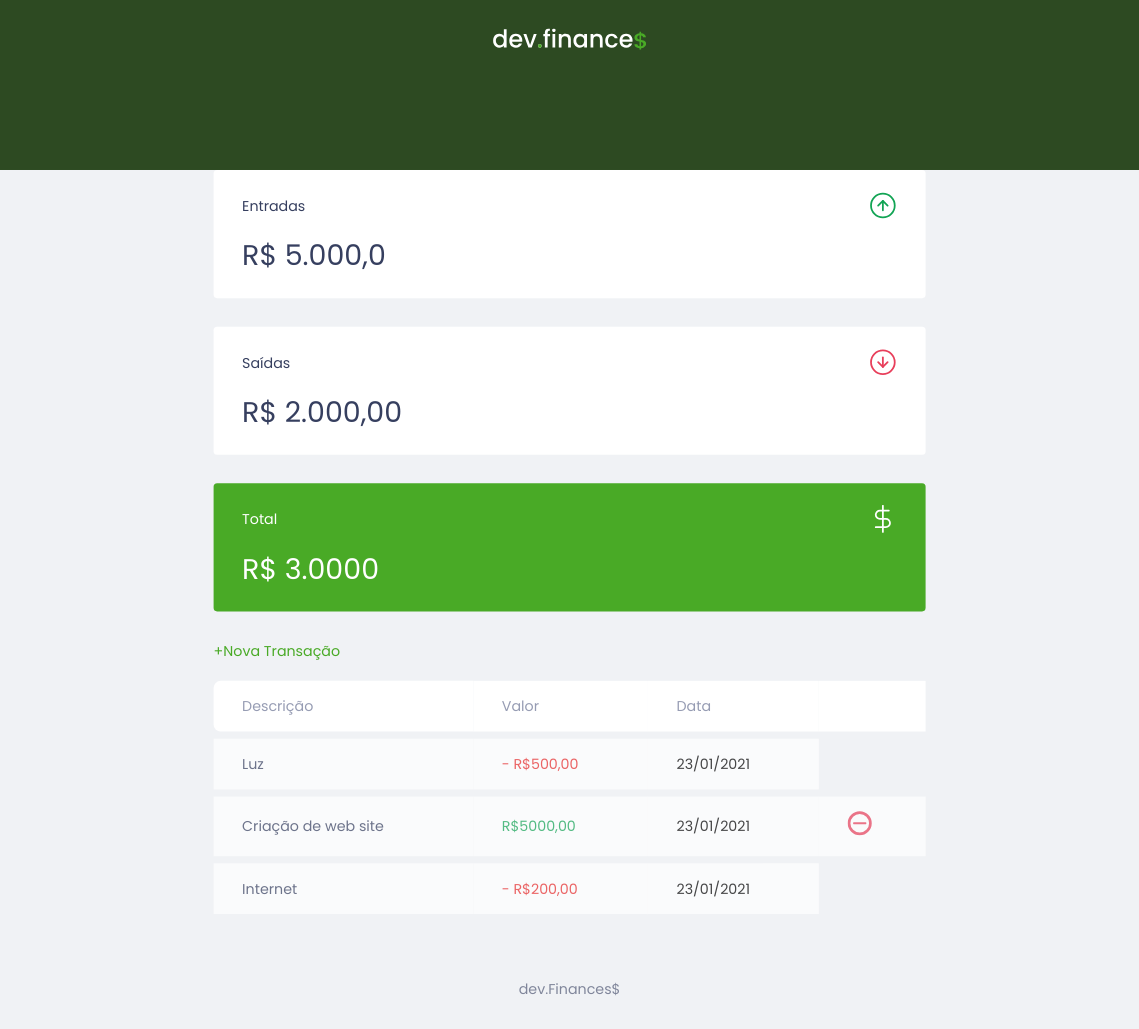
Repository: rafaelmgr12/maratona-dev01
Page: index.html
An editor plug-in stored every save of this project. The page is shown before and after the next save, followed by the edit.
The browser window is 1280 px wide. The pictures show the whole page, at 89% of full size.

Above is the page before, as saved 2021-04-27 20:37:19.

### index.html
<!DOCTYPE html>
<html lang="pt-br">
  <head>
    <meta charset="UTF-8" />
    <meta http-equiv="X-UA-Compatible" content="IE=edge" />
    <meta name="viewport" content="width=device-width, initial-scale=1.0" />
    <title>Rafael-app.finance$</title>
    <link rel="stylesheet" href="style.css" />
    <link rel="preconnect" href="https://fonts.gstatic.com" />
    <link
      href="https://fonts.googleapis.com/css2?family=Poppins:ital,wght@0,100;0,400;0,700;1,100;1,400;1,700&display=swap"
      rel="stylesheet"
    />
  </head>
  <body>
    <header>
      <img src="./assets/logo.svg" alt="Logo dev.Finance" />
    </header>
    <main class="container">
      <section id="balance">
        <h2 class="sr-only">Balanço</h2>

        <div class="card">
          <h3>
            <span>Entradas </span>
            <img src="./assets/income.svg" alt="Imagem de entradas" />
          </h3>
          <p>R$ 5.000,0</p>
        </div>
        <div class="card">
          <h3>
            <span>Saídas</span>
            <img src="./assets/expense.svg" alt="Image de saídas" />
          </h3>
          <p>R$ 2.000,00</p>
        </div>
        <div class="card total">
          <h3>
            <span>Total</span>
            <img src="./assets/total.svg" alt="Image de total" />
          </h3>
          <p>R$ 3.0000</p>
        </div>
      </section>
      <section id="transaction">
        <h2 class="sr-only">Transações</h2>

        <a href="#" class="button new">+Nova Transação</a>

        <table id="data-table">
          <thead>
            <tr>
              <th>Descrição</th>
              <th>Valor</th>
              <th>Data</th>
              <th></th>
            </tr>
          </thead>
          <tbody>
            <tr>
              <td class="description">Luz</td>
              <td class="expense">- R$500,00</td>
              <td class="date">23/01/2021</td>
            </tr>
            <tr>
              <td class="description">Criação de web site</td>
              <td class="income">R$5000,00</td>
              <td class="date">23/01/2021</td>
              <td><img src="./assets/minus.svg" alt="Retirar Transação"></td>
            </tr>
            <tr>
              <td class="description">Internet</td>
              <td class="expense">- R$200,00</td>
              <td class="date">23/01/2021</td>
            </tr>
          </tbody>
        </table>
      </section>
    </main>
    <footer>dev.Finances$</footer>
  </body>
</html>

### style.css
/* Global ======================================== */
:root {
  --dark-blue: #363f5f;
}
* {
  margin: 0;
  padding: 0;
  box-sizing: border-box;
}

body {
  background: #f0f2f5;
  font-family: "Poppins", sans-serif;
}
/*Tricks para sumir elementos da tela, mantendo a funcionalidade de um screenreader*/
.sr-only{
  position: absolute;
  width: 1px;
  height: 1px;
  padding: 0;
  margin: -1px;
  overflow: hidden;
  clip: rect(0,0,0,0);
  white-space: nowrap;
  border-width: 0;

}
.container {
  width: min(90vw, 800px);
  margin: auto;
}
/* Titles ======================================== */
h2 {
  margin-top: 3.2rem;
  margin-bottom: 0.8rem;
  color: var(--dark-blue);

  font-weight: normal;
}
/* Links and Buttons ======================================== */
a{
  color: #49aa26;
  text-decoration: none;
}

a:hover {
  color: #3dd705;
}

.button.new{
  display: inline-block;
  margin-bottom: .8rem;

}


/* Header ======================================== */
header {
  background: #2d4a22;
  padding: 2rem 0 8rem;
  text-align: center;
}

#logo {
  color: #fff;
  font-weight: 100;
}

/* Balance ======================================== */
balance {
  margin-top: -8rem;
}

balance h2 {
  color: white;
  margin-top: 0;
}

/* Cards ======================================== */

.card {
  background : white;
  padding: 1.5rem 2rem;
  border-radius: 0.25rem;

  margin-bottom: 2rem;

  color: var(--dark-blue);
}

.card h3 {
  font-weight: normal;
  font-size: 1rem;
  display : flex;
  align-items: center;
  justify-content: space-between;
}

.card p {
  font-size: 2rem;
  line-height: 3rem;

  margin-top: 1rem;
}

.card.total {
  background: #49aa26;
  color: white;
}
/* Table  ======================================== */
#data-table {
  width: 100%;
  border-spacing: 0 0.5rem;
}
table thead tr th:first-child,
table thead tr td:first-child {
  border-radius: 0.5rem 0 0 0.5rem;
}

table th {
  background: white;
  color: #969cb3;
  font-weight: normal;
  padding: 1rem 2rem;
  text-align: left;
}
table tbody tr {
  opacity: 0.7;
}
table tr:hover {
  opacity: 1;
}
table tbody td {
  background: white;
  padding: 1rem 2rem;
}

td.description {
  color: var(--dark-blue);
}

td.income {
  color: #12a454;
}
td.expense {
    color : #e92929;
}

/* footer ======================================== */
footer {
  text-align: center;
  padding : 4rem 0 2rem;
  color: var(--dark-blue);

  opacity : 0.6;
}

After the next save:
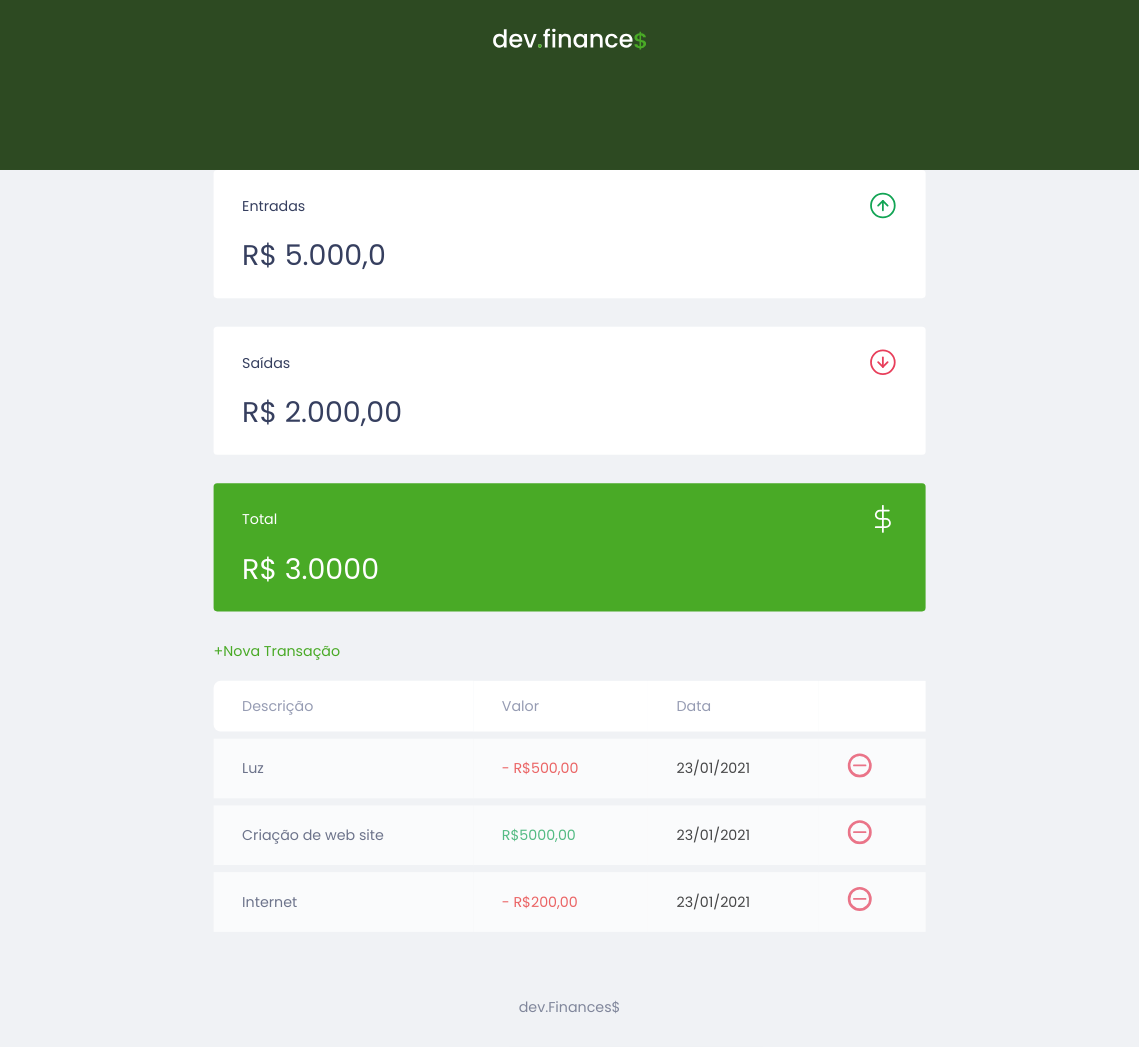
Saved 13 s later.
--- a/index.html
+++ b/index.html
@@ -61,6 +61,8 @@
               <td class="description">Luz</td>
               <td class="expense">- R$500,00</td>
               <td class="date">23/01/2021</td>
+              <td><img src="./assets/minus.svg" alt="Retirar Transação"></td>
+
             </tr>
             <tr>
               <td class="description">Criação de web site</td>
@@ -72,6 +74,8 @@
               <td class="description">Internet</td>
               <td class="expense">- R$200,00</td>
               <td class="date">23/01/2021</td>
+              <td><img src="./assets/minus.svg" alt="Retirar Transação"></td>
+
             </tr>
           </tbody>
         </table>
